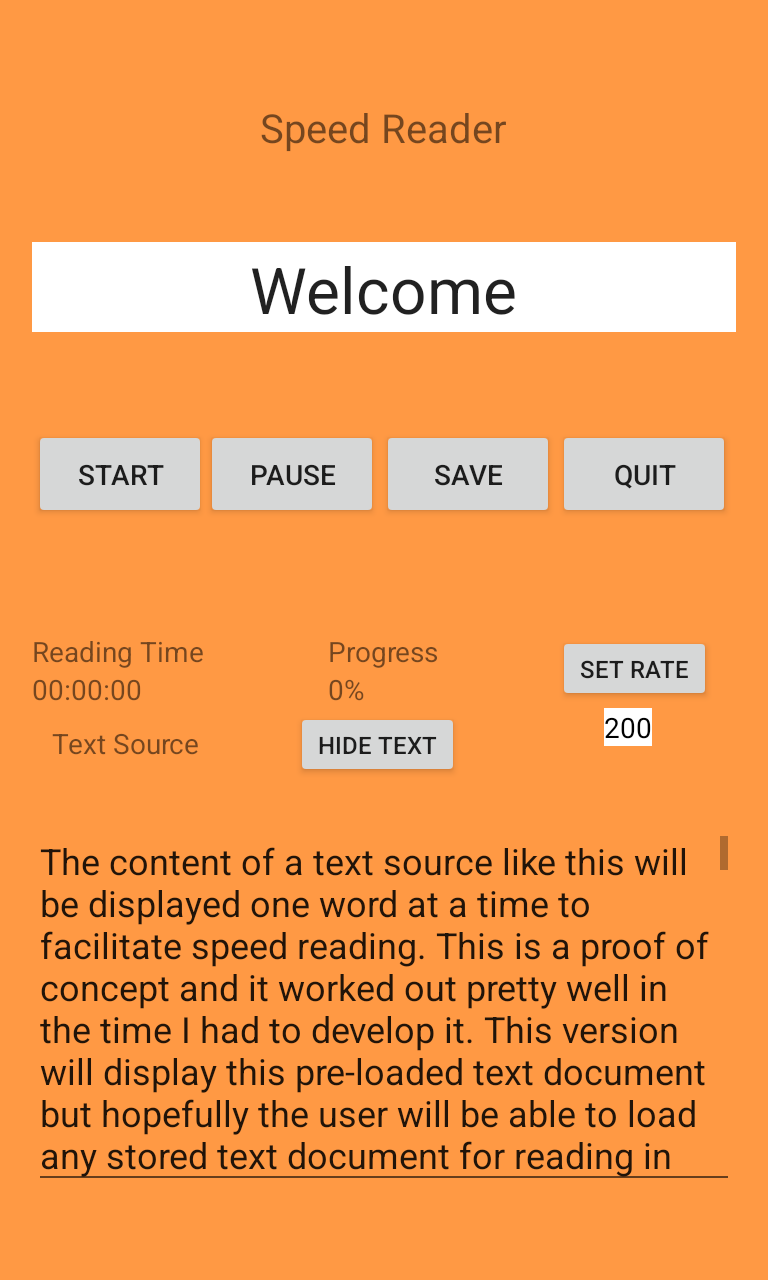
Repository: hdemby/workspace
Layout: rate version of newReader/res/layout/activity_main.xml
The author's editor kept a copy of each file at every save. The layout is drawn from the files as they stood at one save, then again after the next save.
It is drawn on a 768 x 1280 px phone screen (xhdpi) without system bars, with theme AppTheme; the app's code is not run.

Above is the layout before, as saved 2014-12-08 02:35:28.

After the next save:
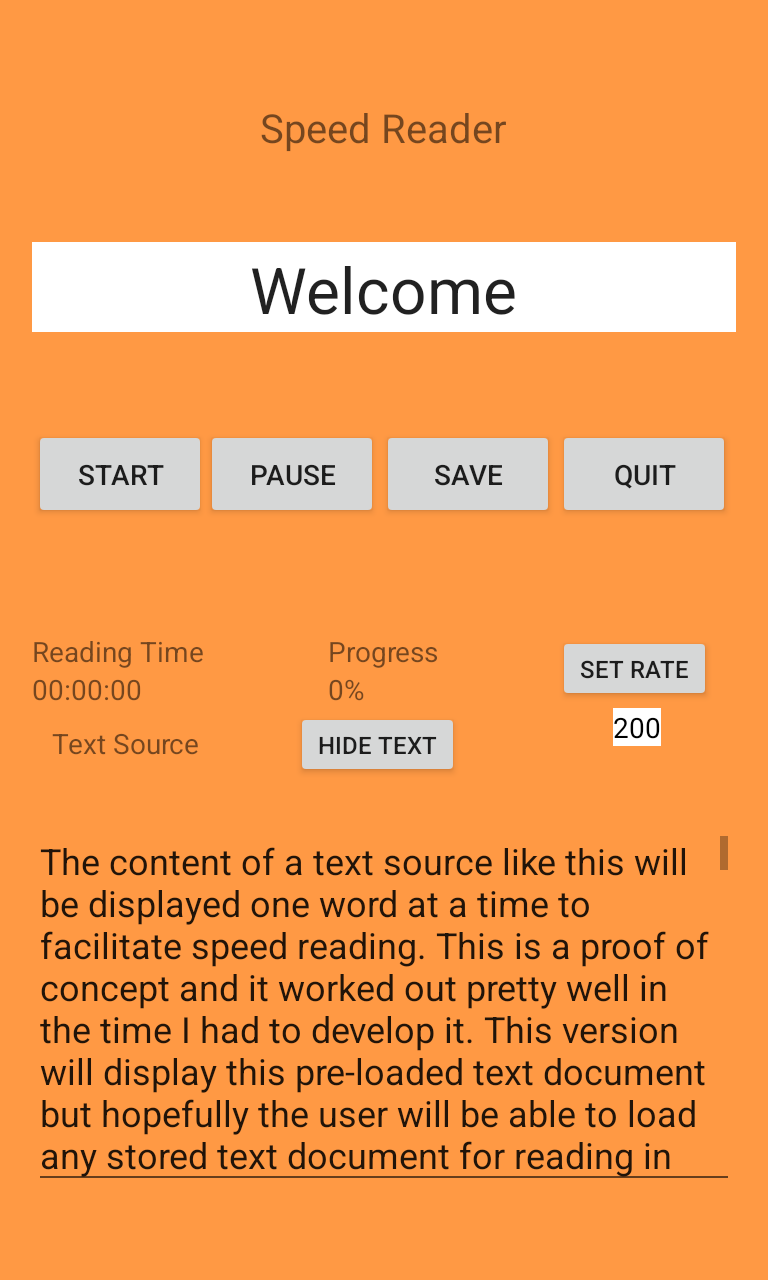
Saved 4 min 33 s later.
--- a/rate version of newReader/res/layout/activity_main.xml
+++ b/rate version of newReader/res/layout/activity_main.xml
@@ -149,22 +149,6 @@
             android:layout_marginLeft="10dp"
             android:text="@string/source_label" />
 
-        <TextView
-            android:id="@+id/editText2"
-            android:layout_width="wrap_content"
-            android:layout_height="wrap_content"
-            android:layout_alignParentRight="true"
-            android:layout_alignParentTop="true"
-            android:layout_marginRight="42dp"
-            android:background="#ffffffff"
-            android:clickable="true"
-            android:focusable="true"
-            android:focusableInTouchMode="true"
-            android:inputType="number"
-            android:linksClickable="false"
-            android:text="@string/show_rate"
-            android:textColor="#ff000000" />
-
     </RelativeLayout>
 
     <View
@@ -201,4 +185,19 @@
         android:text="Set Rate"
         android:textSize="12sp" />
 
+    <TextView
+        android:id="@+id/editText2"
+        android:layout_width="wrap_content"
+        android:layout_height="wrap_content"
+        android:layout_alignRight="@+id/button6"
+        android:layout_below="@+id/textView7"
+        android:layout_marginRight="26dp"
+        android:background="#ffffffff"
+        android:clickable="true"
+        android:focusable="true"
+        android:inputType="numberDecimal"
+        android:linksClickable="false"
+        android:text="@string/show_rate"
+        android:textColor="#ff000000" />
+
 </RelativeLayout>
